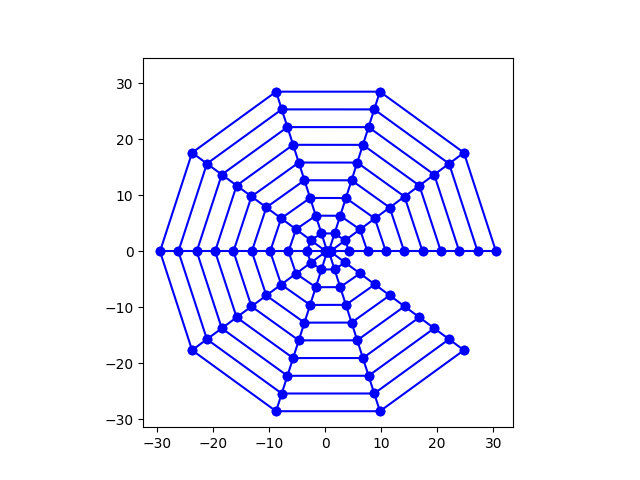
Repository: leiradom/CFDhomework
Script's output: python Laplaceequation/new.py
These files come from the project's save history. The script's output is drawn as it stood at one moment and after the next save; the edit follows.
Random numbers start from a fixed seed.

Above is the script's output before, as saved 2021-04-08 14:11:08.

After the next save:
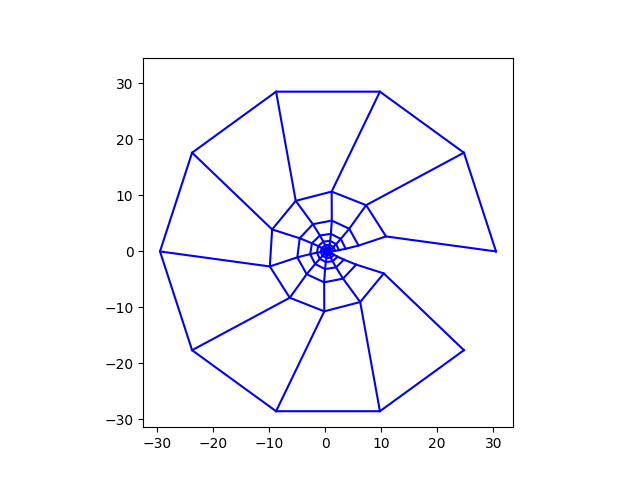
Saved 3 min 30 s later.
--- a/Laplaceequation/new.py
+++ b/Laplaceequation/new.py
@@ -65,6 +65,7 @@
         Y[i][j] = Y0[i] + j * dy
 
 
+'''
 #显示初始网格
 for i in range(0,n1):
     plt.plot(X[i,:],Y[i,:],'-o',c='b')
@@ -73,13 +74,13 @@
     plt.plot(X[:,j],Y[:,j],'-o',c='b')
 plt.axis('square') #等比例显示
 plt.show()         #放在最外面，最后只画一张图
-
+'''
 #-----------------------生成网格初值-------------------#
 
 
 #迭代解Laplace方程生成网格
 
-'''
+
 while((e1 > e0) or (e2 > e0)):
     for i in range(0,n1):
         for j in range(1,n2-1):
@@ -120,4 +121,3 @@
     plt.plot(X[:,j],Y[:,j],c='b')
 plt.axis('square') #等比例显示
 plt.show()         #放在最外面，最后只画一张图
-'''

After the save that followed:
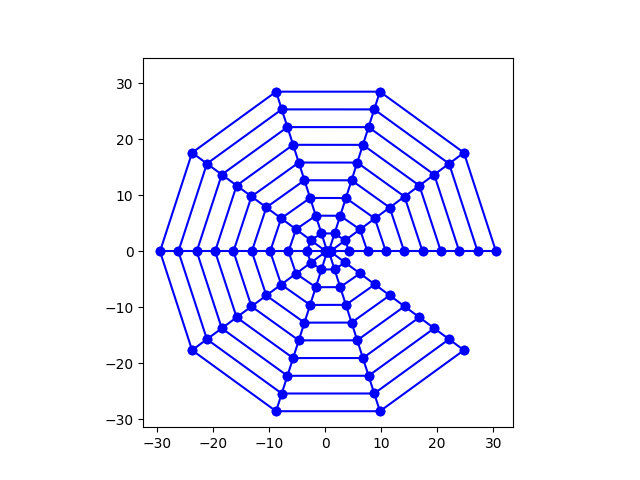
Saved 40 s later.
--- a/Laplaceequation/new.py
+++ b/Laplaceequation/new.py
@@ -65,7 +65,7 @@
         Y[i][j] = Y0[i] + j * dy
 
 
-'''
+
 #显示初始网格
 for i in range(0,n1):
     plt.plot(X[i,:],Y[i,:],'-o',c='b')
@@ -74,13 +74,13 @@
     plt.plot(X[:,j],Y[:,j],'-o',c='b')
 plt.axis('square') #等比例显示
 plt.show()         #放在最外面，最后只画一张图
-'''
+
 #-----------------------生成网格初值-------------------#
 
 
 #迭代解Laplace方程生成网格
 
-
+'''
 while((e1 > e0) or (e2 > e0)):
     for i in range(0,n1):
         for j in range(1,n2-1):
@@ -121,3 +121,4 @@
     plt.plot(X[:,j],Y[:,j],c='b')
 plt.axis('square') #等比例显示
 plt.show()         #放在最外面，最后只画一张图
+'''
